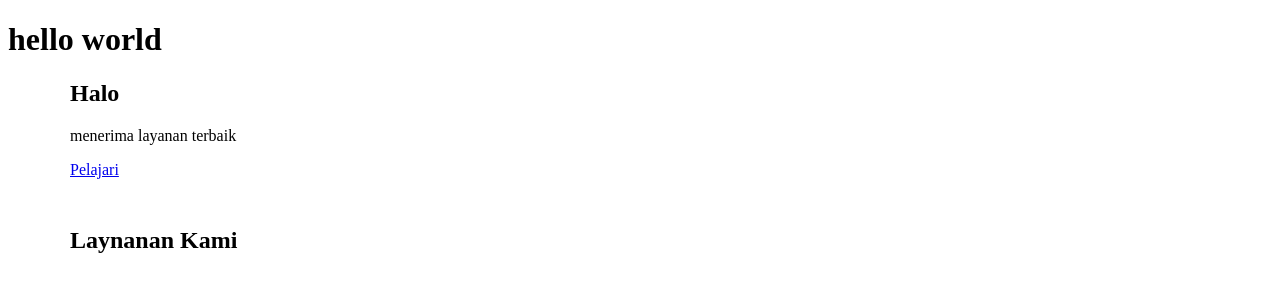
Repository: keyx-alt/pemrograman_web
Page: latihan24.html
These files come from the project's save history. The page is drawn as it stood at one moment and after the next save; the edit follows.
The browser window is 1280 px wide. The pictures show the whole page.

Above is the page before, as saved 2026-04-30 14:00:34.

### latihan24.html
<!DOCTYPE html>
<html lang="en">
<head>
    <meta charset="UTF-8">
    <meta name="viewport" content="width=device-width, initial-scale=1.0">
    <title>Document</title>
    <link rel="stylesheet" href="dist/css/bootstrap-grid.min.css">
</head>
<body>
    <h1>hello world</h1>

    <!-- hero section -->
    <section id="hero" class="hero text-center">
        <div class="container fade-in-up">
            <h1>Halo</h1>
            <p class="lead">menerima layanan terbaik</p>
            <a href="#services" class="btn btn-primary btn-lg">Pelajari</a>
        </div>
    </section>

    <!-- layanan -->
    <section id="services" class="container mt-5">
        <h2 >Laynanan Kami</h2>
    </section>




    <script src="dist/js/bootstrap.bundle.min.js"></script>
</body>
</html>

Loaded but not shown: dist/css/bootstrap-grid.min.css (library); dist/js/bootstrap.bundle.min.js (library)

After the next save:
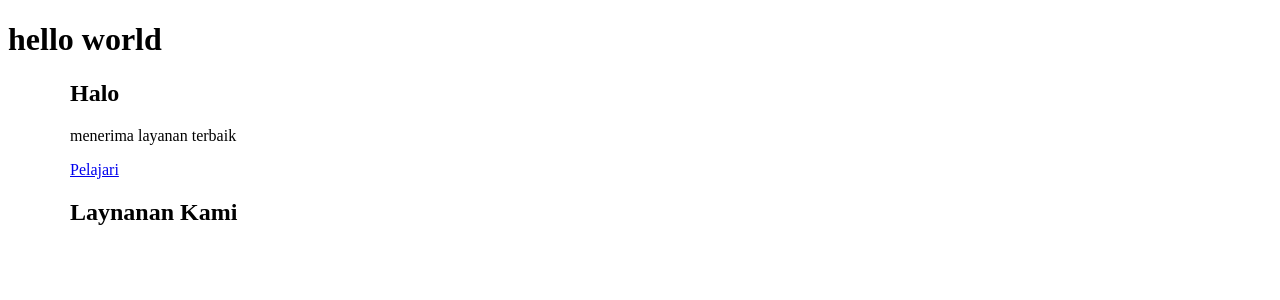
Saved 13 s later.
--- a/latihan24.html
+++ b/latihan24.html
@@ -19,7 +19,7 @@
     </section>
 
     <!-- layanan -->
-    <section id="services" class="container mt-5">
+    <section id="services" class="container">
         <h2 >Laynanan Kami</h2>
     </section>
 

After the save that followed:
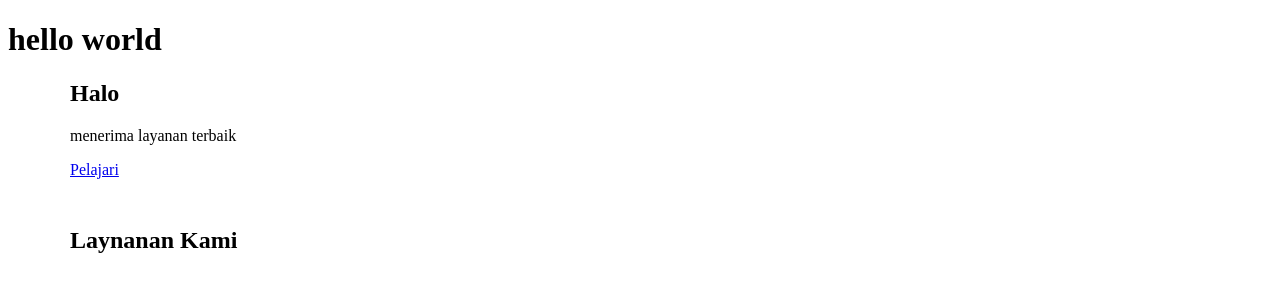
Saved 61 s later.
--- a/latihan24.html
+++ b/latihan24.html
@@ -19,8 +19,8 @@
     </section>
 
     <!-- layanan -->
-    <section id="services" class="container">
-        <h2 >Laynanan Kami</h2>
+    <section id="services" class="container mt-5">
+        <h2 class="text-center mb-4">Laynanan Kami</h2>
     </section>
 
 
